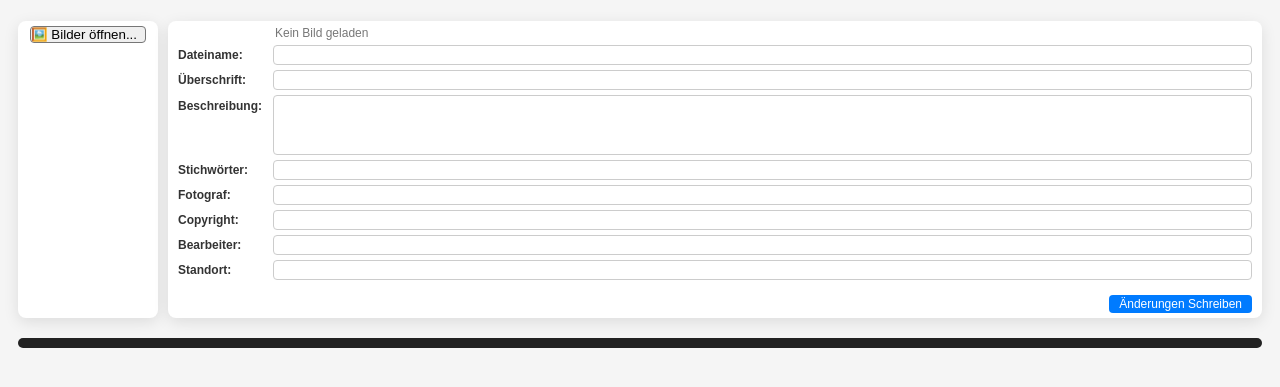
Repository: h-fahle/metadata
Page: ui/index.html
An editor plug-in stored every save of this project. The page is shown before and after the next save, followed by the edit.
The browser window is 1280 px wide. The pictures show the whole page.

Above is the page before, as saved 2026-08-17 17:07:45.

### ui/index.html
<!DOCTYPE html>
<html lang="de">

<head>
	<meta charset="UTF-8">
	<title>Tauri ExifTool Test</title>
	<link rel="stylesheet" href="style.css">
</head>

<body>

	<div class="main-container">

		<!-- Das Vorschaubild links -->
		<div id="sidebar">
			<!-- <button id="file-open" onclick="dateiAuswählen()">Datei öffnen</button> -->

			<select id="menue-oeffnen" onchange="menueAktion(this)" >
				<option value="dateien">🖼️ Bilder öffnen...</option>
				<option value="ordner">📁 Ordner öffnen...</option>
			</select>

			<img id="vorschau-bild" src="" style="display:none;" />
			<div id="bild-info" style="text-align:center;">
				<span id="img-nummer"></span><br>
				<span id="img-datum"></span><br>
				<span id="img-groesse"></span>
			</div>
		</div>

		<!-- Das Formular rechts -->
		<form action="" method="post">

			<div id="ordner-pfad">Kein Bild geladen</div>

			<p>
				<label for="filename">Dateiname:</label>
				<input type="text" id="filename" name="filename" title="Im Einzelmodus: Änderung des Dateinamens bewirkt Umbenennung der Datei.
Im Stapelmodus: Ordnername is nicht änderbar." />
			</p>
			<p>
				<label for="caption">Überschrift:</label>
				<input type="text" id="caption" name="caption" title="Auch (Dokument-)Titel, Schlagzeile, Headline" />
			</p>
			<p>
				<label for="description">Beschreibung:</label>
				<textarea id="description" name="description" style="min-height: 60px;" title="Beschreibender Text in beliebiger Länge.
(Im Stapelmodus wird der eingegebene Text an vorhandenen angehängt.)
Hinweis: Einige Programme zeigen nur 2.000 Zeichen oder auch weniger an."></textarea>
			</p>
			<p>
				<label for="keywords">Stichwörter:</label>
				<input type="text" id="keywords" name="keywords" title="Komma-separierte Liste. Groß-/Kleinschreibung beachten.
Im Stapelmodus werden die eingegebenen Stichwörter an vorhandene angehängt." />
			</p>
			<p>
				<label for="creator">Fotograf:</label>
				<input type="text" id="creator" name="creator" title="Urheber, Ersteller, Autor
(Tags: Artitst, Creator, By-line)" />
			</p>
			<p>
				<label for="copyright">Copyright:</label>
				<input type="text" id="copyright" name="copyright" title="Urheberrechtshinweis; enthält in der Regel:
Name des Fotografen, Aufnahmejahr und Nutzungsrechte;
(z.B. 'Copyright [1975] [Mustermann], Alle Rechte vorbehalten')" />
			</p>
			<p>
				<label for="editor">Bearbeiter:</label>
				<input type="text" id="editor" name="editor" title="Verfasser der Metadaten
(Tags: Caption Writer, Writer Editor)" />
			</p>
			<p>
				<label for="position">Standort:</label>
				<input type="text" id="position" name="position" title="GPS-Koordinaten in Dezimalgrad (51.49129, 8.43317).
Ermitteln der Koordinaten in der Google Maps-Karte:
  1. mit rechter Maustaste auf den Standort klicken,
  2. auf die angezeigten Koordinaten klicken,
  3. der so gespeicherte Wert kann dann mit Strg+V kopiert werden." />
			</p>

			<!-- NEU: Der Speichern-Button am Ende des Formular-Containers -->
			<div style="text-align: right; margin-top: 15px;">
				<button onclick="exifSchreiben(event)" style="background: #007BFF;">Änderungen Schreiben</button>
			</div>

		</form>
	</div> <!-- Ende des main-containers -->

	<div id="ausgabe"></div>

	<script>

		let aktuellerBildPfad = "";

		async function dateiAuswählen() {
			try {
				const ergebnis = await window.__TAURI__.core.invoke('plugin:dialog|open', {
					options: {
						title: 'Bilddatei für ExifTool auswählen',
						directory: false,
						multiple: false,
						filters: [
							{ name: 'Bilder', extensions: ['jpg', 'jpeg', 'png', 'gif', 'tif', 'tiff', 'webp', 'avif', 'heic', 'heif'] }
						]
					}
				});

				// Wenn der Nutzer nicht abgebrochen hat (ergebnis ist nicht null)
				if (ergebnis) {
					// Falls das Ergebnis ein Objekt ist (z.B. { path: "..." }), holen wir den Pfad heraus,
					// ansonsten nehmen wir den String direkt.
					const pfad = typeof ergebnis === 'object' ? ergebnis.path : ergebnis;

					aktuellerBildPfad = pfad;

					// Sofort automatisch die Metadaten einlesen!
					exifAuslesen();
				}
			} catch (fehler) {
				document.getElementById("ausgabe").innerHTML = "<span style='color: red;'>Dialog-Fehler: " + fehler + "</span>";
			}
		}

		async function exifAuslesen() {
			const pfad = aktuellerBildPfad;
			const ausgabe = document.getElementById("ausgabe");
			const vorschauImg = document.getElementById("vorschau-bild");


			ausgabe.innerText = "Rufe ExifTool auf...";

			try {
				// 1. Metadaten über Rust holen
				const jsonText = await window.__TAURI__.core.invoke('lese_bild_metdaten', { dateipfad: pfad });
				const datenObjekt = JSON.parse(jsonText)[0]; 	// Das 1. JSON-Objekt im JSON-Array in JS-Objekt umwandeln

				document.getElementById('img-nummer').innerText = '# 0/0';
				let datum = datenObjekt.DateTimeOriginal;
				if (typeof datum === 'undefined') {
					datum = '(unbekannt)';
				}
				document.getElementById('img-datum').innerText = '\u{1F4F7} ' + datum || '';
				document.getElementById('img-groesse').innerText = '⤢ ' + datenObjekt.ImageSize || '';

				document.getElementById('filename').value = datenObjekt.FileName || '';
				document.getElementById('caption').value = datenObjekt.CMB_Caption || '';
				document.getElementById('description').value = datenObjekt.Description || '';
				document.getElementById('keywords').value = datenObjekt.Keywords || '';
				document.getElementById('creator').value = datenObjekt.Creator || '';
				document.getElementById('copyright').value = datenObjekt.Copyright || '';
				document.getElementById('editor').value = datenObjekt.CMB_Editor || '';
				document.getElementById('position').value = datenObjekt.GPSPosition || '';

				const vollerPfad = pfad;
				// Erkennt automatisch Linux-Schrägstriche (/) und Windows-Backslashes (\)
				const letzterSlash = Math.max(vollerPfad.lastIndexOf('/'), vollerPfad.lastIndexOf('\\'));
				let ordner = "Unbekannt";
				if (letzterSlash !== -1) {
					ordner = vollerPfad.substring(0, letzterSlash);
				}
				// Den berechneten Ordnerpfad in das neue Label schreiben
				document.getElementById('ordner-pfad').innerText = ordner;

				// Wir nehmen das erste Element der Liste (ExifTool liefert immer ein Array)
				// und stellen es schön formatiert im Browser dar
				// ausgabe.innerText = JSON.stringify(datenObjekt[0], null, 2);
				ausgabe.innerText = jsonText;

				// Wir fragen Rust nach dem besten Weg für das Bild
				const vorschauErgebnis = await window.__TAURI__.core.invoke('hole_vorschaubild', { dateipfad: pfad });

				if (vorschauErgebnis === "STANDARD") {
					// Normales JPG/PNG über das Asset-Protokoll
					const assetUrl = window.__TAURI__.core.convertFileSrc(pfad);
					vorschauImg.src = assetUrl + "?t=" + new Date().getTime();
				} else if (vorschauErgebnis.startsWith("data:[embedded picture, 23 characters]")) {
					// TIF/TIFF über den im RAM kompilierten Rust-Wandler
					vorschauImg.src = vorschauErgebnis;
				}

				vorschauImg.style.display = "block";

			} catch (fehler) {
				ausgabe.innerHTML = "<span style='color: red;'>Fehler: " + fehler + "</span>";
				vorschauImg.style.display = "none";
				infoText.innerText = "Fehler beim Laden";
			}
		}

		async function exifSchreiben(ereignis) {
			if (ereignis) ereignis.preventDefault();  // verbietet dem Browser den automatischen Seiten-Reset!

			const pfad = aktuellerBildPfad;
			const ausgabe = document.getElementById("ausgabe");

			ausgabe.innerText = "Speichere Daten über ExifTool...";

			// Wir sammeln alle aktuellen Werte aus den Eingabefeldern ein
			const daten = {
				dateipfad: pfad,
				filename: document.getElementById('filename').value,
				caption: document.getElementById('caption').value,
				description: document.getElementById('description').value,
				keywords: document.getElementById('keywords').value.split(',').map(s => s.trim()).join(', '),
				creator: document.getElementById('creator').value,
				copyright: document.getElementById('copyright').value,
				editor: document.getElementById('editor').value,
				gps: document.getElementById('position').value
			};

			try {
				// Wir schicken das gesamte Paket an die Rust-Funktion 'schreibe_bild_metdaten'
				const antwort = await window.__TAURI__.core.invoke('schreibe_bild_metdaten', daten);

				// Bei Erfolg zeigen wir die Meldung in grüner Schrift an
				ausgabe.innerHTML = "<span style='color: #00ff00;'>" + antwort + "</span>";

				// 2. Da der Pfad dank preventDefault() jetzt bombenfest im Feld stehen bleibt,
				// funktioniert das Neuladen nun augenblicklich und fehlerfrei!
				await exifAuslesen();

			} catch (fehler) {
				// Falls etwas schiefgeht (z.B. Datei schreibgeschützt), zeigen wir den Fehler an
				ausgabe.innerHTML = "<span style='color: red;'>Fehler beim Speichern: " + fehler + "</span>";
			}
		}

	</script>
</body>

</html>

### ui/style.css
body {
	font-family: sans-serif;
	font-size:12px;
	padding: 3px 10px;
	background: #f5f5f5;
}

button {
	padding: 2px 10px;
	font-size: 12px;
	cursor: pointer;
	background: #28a745;
	color: white;
	border: none;
	border-radius: 4px;
}
select {
	-moz-appearance: none;
	-webkit-appearance: none;
	appearance: none;
	border-radius: 4px;
}

#ausgabe {
	margin-top: 20px;
	background: #222;
	color: #00ff00;
	padding: 5px;
	border-radius: 5px;
	font-family: monospace;
	white-space: pre-wrap;
	overflow-x: auto;
}
input#bildpfad {
	width: 350px;
}

/* Der neue Haupt-Container für die Nebeneinander-Ausrichtung */
.main-container {
	margin-top: 10px;
	display: flex;
	flex-direction: row;  /* Elemente nebeneinander */
	gap: 10px;            /* Abstand zwischen Bild und Formular */
	width: 100%;
	box-sizing: border-box;
}

/* Styling für den Bild-Bereich */
#sidebar {
	width: 130px;
	min-width: 130px;
	display: flex;
	flex-direction: column;
  	align-items: center;
  	justify-content: flex-start;
	padding: 5px;
	background-color: #ffffff;
	border-radius: 8px;
	box-shadow: 0 4px 15px rgba(0, 0, 0, 0.1);
}
#file-open {
	 width: 130px;
	 margin-bottom: 10px;
}
#vorschau-bild {
	width: 130px;
	height: auto;
	border: 1px outset gray;
}

/* Container des Formulars */
form {
	flex-grow: 1;
	margin: 0;
	padding: 5px 10px;
	background-color: #ffffff;
	border-radius: 8px;
	box-shadow: 0 4px 15px rgba(0, 0, 0, 0.1);
	font-family: Arial, sans-serif;
}

form p {
	display: flex;
	align-items: center;
	margin: 6px 0;       /* Geringer Zeilenabstand */
	width: 100%;
	margin-top: 5px;    /* Kleiner Abstand nach oben */
	margin-bottom: 5px; /* Kleiner Abstand nach unten */
}

label[for="description"] {
    align-self: flex-start;  /* DIESE ZEILE IST DIE RETTUNG: Richtet NUR dieses Label oben aus! */
    margin-top: 4px;         /* Feinjustierung, damit es perfekt auf der Linie der ersten Textzeile liegt */
}

#ordner-pfad {
	margin-left: 97px;
	margin-bottom: 2px;
	color: #777777;
	font-size: 12px;
	font-family: Arial, sans-serif;
}

/* Feste Breite für die Labels + Linksbündig */
label {
	display: inline-block;
	width: 95px;
	text-align: left;
	font-weight: bold;
	color: #333333;
	flex-shrink: 0; /* Verhindert, dass der Text zusammengedrückt wird */
}

/* Eingabefelder füllen den restlichen Platz der Zeile aus */
input[type="text"],
textarea {
	flex-grow: 1; /* Alle Felder starten exakt an der gleichen Linie */
	width: 100%;
	min-width: 0;
	padding: 2px;
	border: 1px solid #cccccc;
	border-radius: 4px;
	box-sizing: border-box;
	font-size: 12px;
}
textarea {
    /* DIESE BEIDEN ZEILEN LÖSEN DAS LINUX-PROBLEM ENDGÜLTIG: */
    field-sizing: content;   /* Die Box wächst automatisch zeilenweise mit! */
    overflow: hidden;        /* Schaltet Scrollbalken und damit den Bug komplett ab */
    resize: none;            /* Der Nutzer muss nicht mehr manuell ziehen */
}

/* Aktives Feld bei Klick */
input:focus,
textarea:focus {
	border-color: #007BFF;
	outline: none;
	box-shadow: 0 0 5px rgba(0, 123, 255, 0.5);
}

/* Der Absendeknopf richtet sich nach den Eingabefeldern aus */
.button-group {
	display: flex;
	justify-content: flex-end;
}

button[type="submit"] {
	width: 200px;
	padding: 12px;
	background-color: #007BFF;
	color: white;
	border: none;
	border-radius: 4px;
	font-size: 16px;
	cursor: pointer;
	transition: background-color 0.3s ease;
}
button[type="submit"]:hover {
	background-color: #0056b3;
}

After the next save:
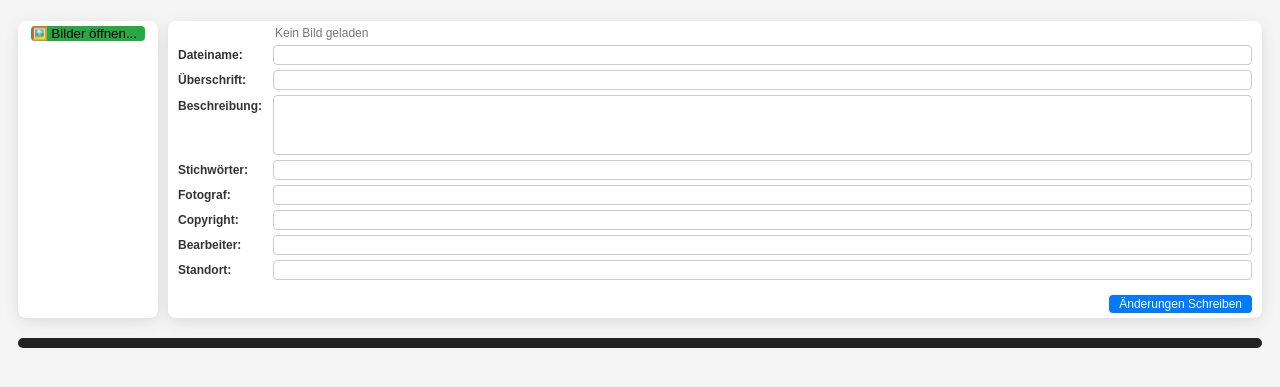
Saved 33 s later.
--- a/ui/style.css
+++ b/ui/style.css
@@ -18,7 +18,10 @@ select {
 	-moz-appearance: none;
 	-webkit-appearance: none;
 	appearance: none;
+	border: none;
 	border-radius: 4px;
+		background: #28a745;
+
 }
 
 #ausgabe {
